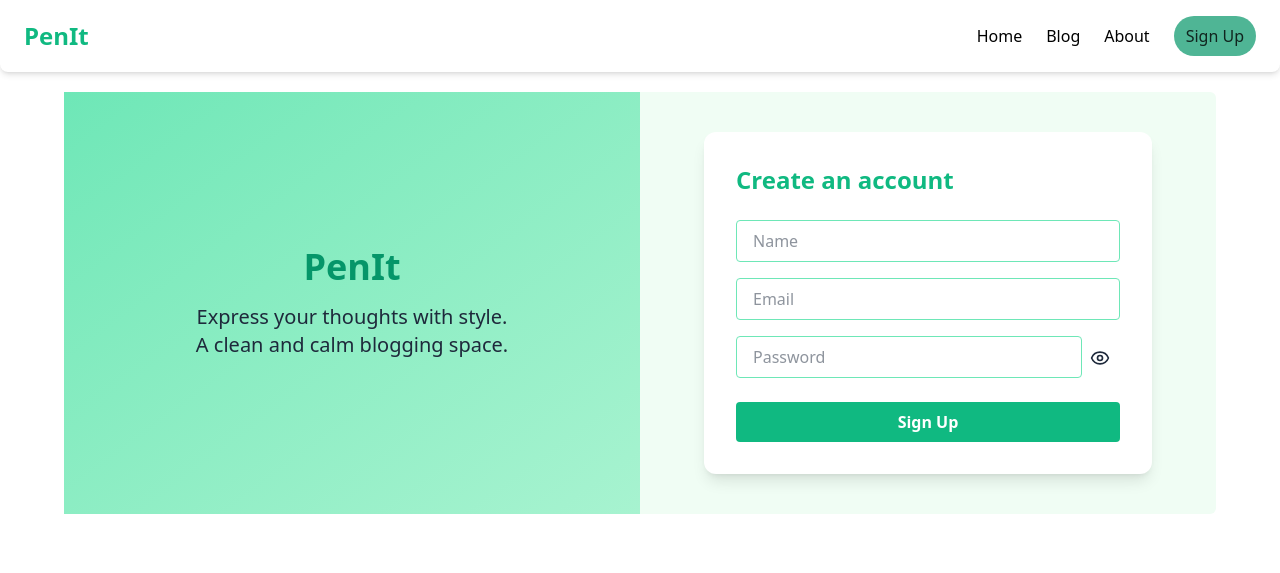
Repository: Mounika-chukkala/PenIt
Page: /signup (app in frontend/)
These files come from the project's save history. The page is drawn as it stood at one moment and after the next save; the edit follows.
The browser window is 1280 px wide. The pictures show the whole page.
The project was rebuilt for these pictures with package versions that can differ from the ones it lists, and the page was loaded fresh each time. Also part of the build but not shown: frontend/vite.config.js, frontend/src/Pages/Login.jsx, frontend/src/components/CreateBlog.jsx.

Above is the page before, as saved 2025-05-20 17:32:21.

### frontend/src/main.jsx
import { StrictMode } from 'react'
import { createRoot } from 'react-dom/client'
import './index.css'
import { Toaster } from 'react-hot-toast'
// import {BrowserRouter} from "react-router-dom"
import { BrowserRouter } from 'react-router-dom'
import App from './App.jsx'

createRoot(document.getElementById('root')).render(
  <StrictMode>
    <BrowserRouter>

    <App />
    </BrowserRouter>
  </StrictMode>,
)

### frontend/src/index.css
@import "tailwindcss";


/* :root {
  font-family: system-ui, Avenir, Helvetica, Arial, sans-serif;
  line-height: 1.5;
   font-weight: 400;

  color-scheme: light dark;
  color: rgba(255, 255, 255, 0.87);
  background-color: #242424;

  font-synthesis: none;
  text-rendering: optimizeLegibility;
  -webkit-font-smoothing: antialiased;
  -moz-osx-font-smoothing: grayscale;
}

a {
  font-weight: 500;
  color: #646cff;
  text-decoration: inherit;
}
a:hover {
  color: #535bf2;
}

body {
  margin: 0;
  display: flex;
  place-items: center;
  min-width: 320px;
  min-height: 100vh;
}

h1 {
  font-size: 3.2em;
  line-height: 1.1;
}

button {
  border-radius: 8px;
  border: 1px solid transparent;
  padding: 0.6em 1.2em;
  font-size: 1em;
  font-weight: 500;
  font-family: inherit;
  background-color: #1a1a1a;
  cursor: pointer;
  transition: border-color 0.25s;
}
button:hover {
  border-color: #646cff;
}
button:focus,
button:focus-visible {
  outline: 4px auto -webkit-focus-ring-color;
}

@media (prefers-color-scheme: light) {
  :root {
    color: #213547;
    background-color: #ffffff;
  }
  a:hover {
    color: #747bff;
  }
  button {
    background-color: #f9f9f9;
  }
} */

### frontend/src/App.jsx
import { useState } from 'react'
import { Route, Routes } from 'react-router-dom'
// import './App.css'
import Login from './Pages/Login'
import Signup from './Pages/Signup'
// import Navbar from './components/Navbar'
import Layout from "./Pages/Layout"
import CreateBlog from './components/CreateBlog'
function App() {

  return (
  <Routes>
    <Route  element={<Layout/>}>
        <Route path="/signin" element={<Login/>}></Route>
    <Route path="/signup" element={<Signup/>}></Route>
    <Route path="/create-blog" element={<CreateBlog/>}></Route>
    {/* <Route path="/search-blog" element={}></Route> */}
    {/* <Route path="*" element={}></Route> */}
    </Route>

  </Routes>
  )
}

export default App

### frontend/src/Pages/Signup.jsx
import { useState } from "react";
import { Eye,EyeOff } from "lucide-react";
import toast from "react-hot-toast";
function Signup() {
  const [userData, setUserData] = useState({
    name: "",
    email: "",
    password: "",
  });
const [isVisible,setVisible]=useState(false)
  async function handleSubmit() {
    let data = await fetch("http://localhost:3000/users", {
      method: "POST",
      body: JSON.stringify(userData),
      headers: {
        "Content-Type": "application/json",
      },
    });
    let res = await data.json();
    if(!res.success){
        toast.error(res.message);
    }
    else{
        toast.success(res.message);
        localStorage.setItem("User",JSON.stringify(res.user));
    }
  }

  return (
        <div className="max-h-screen max-w-[90%] rounded-md m-auto mt-5 flex bg-[#F0FDF4] text-[#1E293B]">
      {/* Left side visual placeholder */}
      <div className="w-1/2 flex flex-col justify-center items-center p-10 bg-gradient-to-br from-[#6EE7B7] to-[#A7F3D0]">
        <h1 className="text-4xl font-bold text-[#059669] mb-4">PenIt</h1>
        <p className="text-xl text-[#1E293B] text-center">
          Express your thoughts with style.<br /> A clean and calm blogging space.
        </p>
      </div>

      {/* Right side sign up form */}
      <div className="w-1/2 flex justify-center items-center p-10">
        <div className="bg-white p-8 rounded-xl shadow-lg w-full max-w-md">
          <h2 className="text-2xl font-bold mb-6 text-[#10B981]">Create an account</h2>
          <input
            className="w-full mb-4 px-4 py-2 border border-[#6EE7B7] rounded focus:outline-none focus:ring-2 focus:ring-[#10B981]"
            type="text"
            placeholder="Name"
            onChange={(e) => setUserData({ ...userData, name: e.target.value })}
          />
          <input
            className="w-full mb-4 px-4 py-2 border border-[#6EE7B7] rounded focus:outline-none focus:ring-2 focus:ring-[#10B981]"
            type="email"
            placeholder="Email"
            onChange={(e) => setUserData({ ...userData, email: e.target.value })}
          />
          {/* <input
            className="w-full mb-6 px-4 py-2 border border-[#6EE7B7] rounded focus:outline-none focus:ring-2 focus:ring-[#10B981]"
            type="password"
            placeholder="Password"
            onChange={(e) => setUserData({ ...userData, password: e.target.value })}
          /> */}

                            <div className="w-full flex gap-2">
                       <input
                        className="w-[90%] mb-6 px-4 py-2 border border-[#6EE7B7] rounded focus:outline-none focus:ring-2 focus:ring-[#10B981]"
                        type={isVisible?"text":"password" }
                        placeholder="Password"
                        onChange={(e) => setUserData({ ...userData, password: e.target.value })}
                      />
                       <div  className="pt-3" onClick={()=>setVisible(!isVisible)}>
             {isVisible ? <EyeOff size={20} /> : <Eye size={20} />}
                       </div>
                       </div>
          <button
            onClick={handleSubmit}
            className="w-full bg-[#10B981] hover:bg-[#059669] text-white py-2 rounded font-semibold transition duration-200"
          >
            Sign Up
          </button>
        </div>
      </div>
    </div>

  );
}

export default Signup;

### frontend/src/Pages/Layout.jsx
import { Outlet } from 'react-router-dom'
import Navbar from '../components/Navbar'

export default function Layout() {
  return (
    <>
      <Navbar />
      <Outlet />
    </>
  )
}

### frontend/src/components/Navbar.jsx
import React from "react";
import { Link } from "react-router-dom";

export default function Navbar() {
  return (
    <nav className="bg-white shadow-md px-6 py-4 flex justify-between items-center rounded-b-lg">
      <h1 className="text-2xl font-bold text-[#10B981]">PenIt</h1>
      <ul className="flex space-x-6 font-medium">
        <li className="hover:text-[#059669] pt-2 cursor-pointer">Home</li>
        <li className="hover:text-[#059669] pt-2 cursor-pointer">Blog</li>
        <li className="hover:text-[#059669] pt-2 cursor-pointer">About</li>
        {/* <li className="hover:text-[#059669] cursor-pointer">Contact</li> */}
        <Link to="/signup">
        <li className="bg-[#059669]/70 rounded-3xl px-3 py-2 text-black/80 transform hover:scale-120 transition duration-300 ease-in-out  hover:text-white cursor-pointer">Sign Up</li>
        </Link>

      </ul>
    </nav>
  );
}

Loaded but not shown: frontend/index.html (common file)

After the next save:
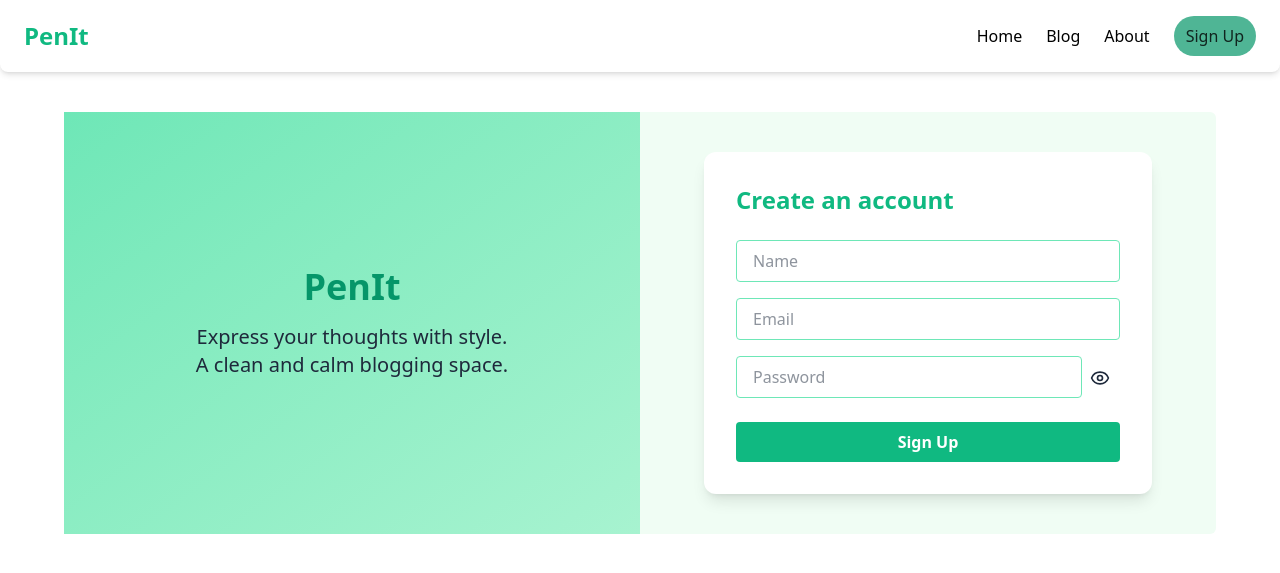
Saved 5 s later.
--- a/frontend/src/Pages/Signup.jsx
+++ b/frontend/src/Pages/Signup.jsx
@@ -27,7 +27,7 @@ const [isVisible,setVisible]=useState(false)
   }
 
   return (
-        <div className="max-h-screen max-w-[90%] rounded-md m-auto mt-5 flex bg-[#F0FDF4] text-[#1E293B]">
+        <div className="max-h-screen max-w-[90%] rounded-md m-auto mt-10 flex bg-[#F0FDF4] text-[#1E293B]">
       {/* Left side visual placeholder */}
       <div className="w-1/2 flex flex-col justify-center items-center p-10 bg-gradient-to-br from-[#6EE7B7] to-[#A7F3D0]">
         <h1 className="text-4xl font-bold text-[#059669] mb-4">PenIt</h1>
